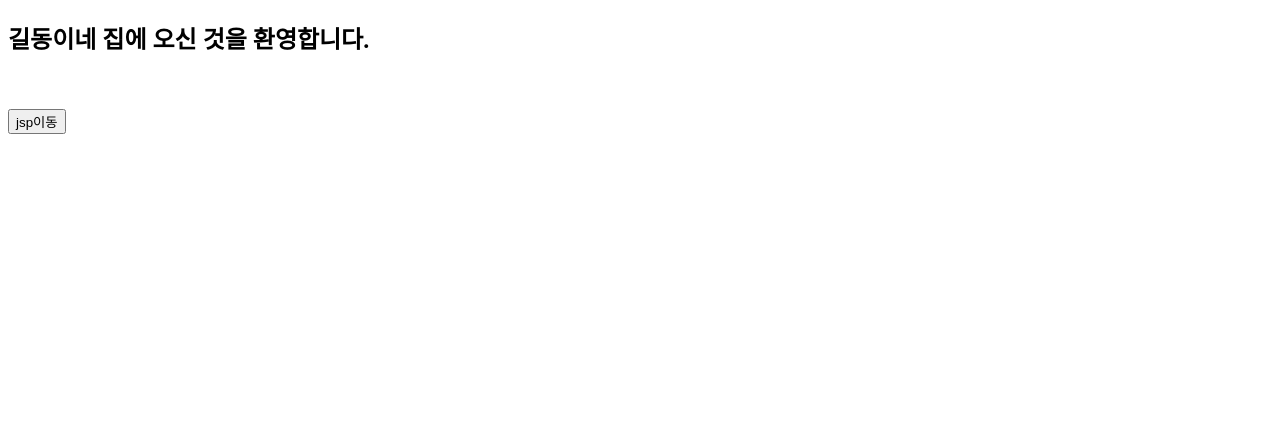
Repository: asfsdw/springBoot
Page: demo1/src/main/resources/static/index.html
These files come from the project's save history. The page is drawn as it stood at one moment and after the next save; the edit follows.
The browser window is 1280 px wide. The pictures show the whole page.

Above is the page before, as saved 2025-10-29 08:45:46.

### demo1/src/main/resources/static/index.html
<!DOCTYPE html>
<html>
<head>
	<meta charset="UTF-8">
	<title>index</title>
</head>
<body>
	<h2>길동이네 집에 오신 것을 환영합니다.</h2>
	<p><br/></p>
	<input type="button" value="jsp이동" onclick="location.href='/'" />
</body>
</html>

After the next save:
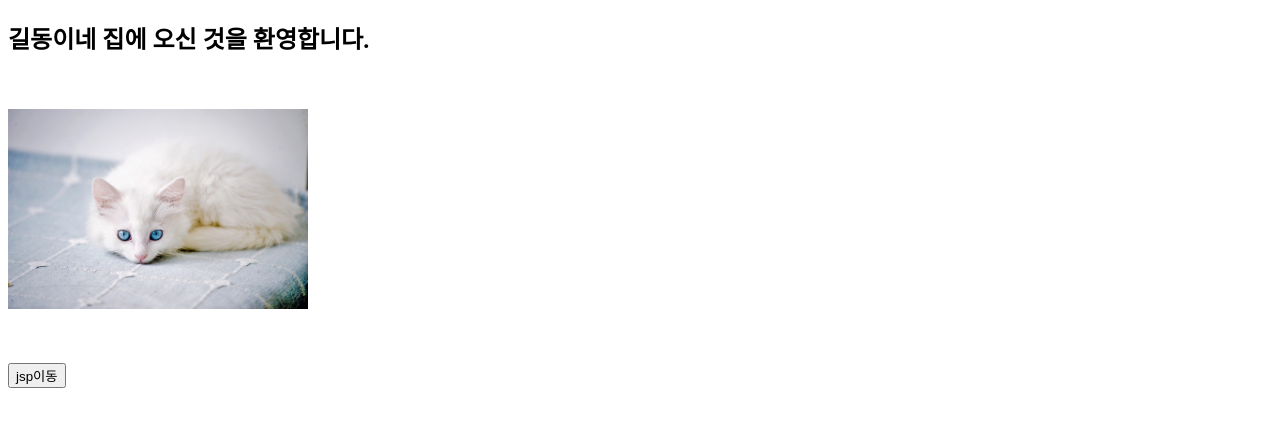
Saved 2 min 5 s later.
--- a/demo1/src/main/resources/static/index.html
+++ b/demo1/src/main/resources/static/index.html
@@ -7,6 +7,8 @@
 <body>
 	<h2>길동이네 집에 오신 것을 환영합니다.</h2>
 	<p><br/></p>
+	<img src="/images/cat-9813484_1280.jpg" width="300px" />
+	<p><br/></p>
 	<input type="button" value="jsp이동" onclick="location.href='/'" />
 </body>
 </html>
